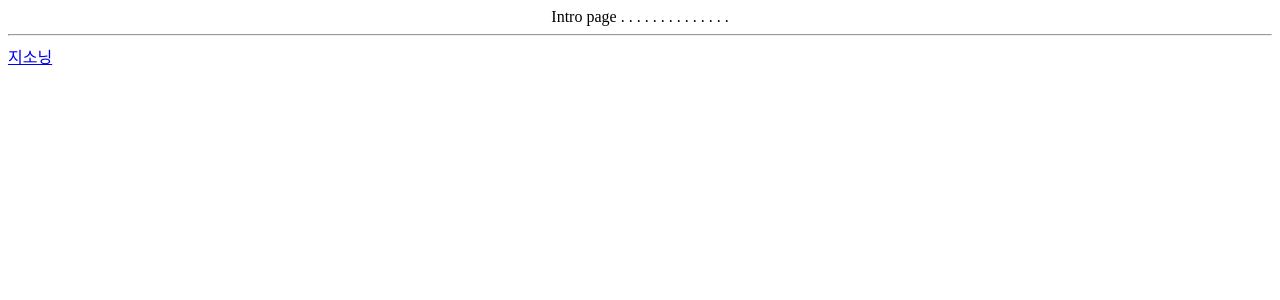
Repository: carolsim/NewWorldJavaStudy
Page: http://localhost/mvcWeb/main.jsp
These files come from the project's save history. The page is drawn as it stood at one moment and after the next save; the edit follows.
The browser window is 1280 px wide. The pictures show the whole page.
The page is served by Tomcat 9. Other server files are loaded and not shown.

Above is the page before, as saved 2019-07-10 03:04:57.

### mvcWeb/webapp/main.jsp
<%@ page language="java" contentType="text/html; charset=UTF-8"
    pageEncoding="UTF-8"%>
<!DOCTYPE html>
<html>
<head>
<meta charset="UTF-8">
<title>Insert title here</title>
</head>
<body>
	<div align="center">Intro page . . . . . .  . . . . . . . .</div>
	<form method="post" action="./test.do">
	</form>
	<hr/>
	<a href="./test.do?id=jssim&pwd=jssim">지소닝</a>
</body>
</html>

After the next save:
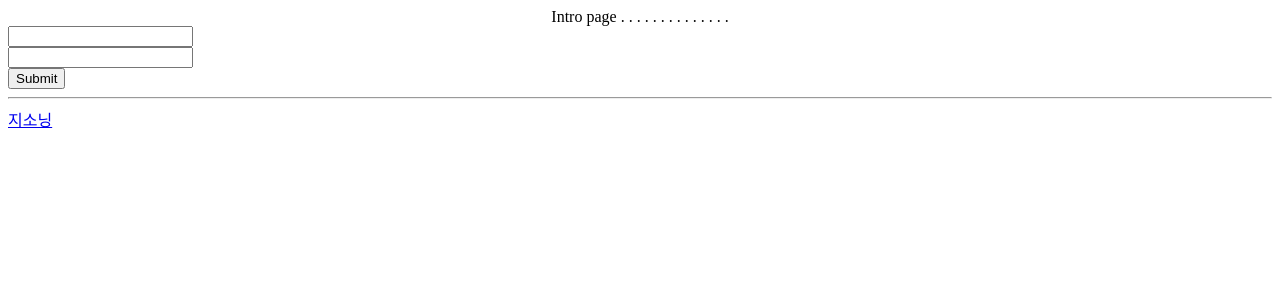
Saved 96 s later.
--- a/mvcWeb/webapp/main.jsp
+++ b/mvcWeb/webapp/main.jsp
@@ -9,6 +9,9 @@
 <body>
 	<div align="center">Intro page . . . . . .  . . . . . . . .</div>
 	<form method="post" action="./test.do">
+		<input type="text" name="" id=""><br/>
+		<input type="text" name="" id=""><br/>
+		<input type="submit" name="" id=""/><br/>
 	</form>
 	<hr/>
 	<a href="./test.do?id=jssim&pwd=jssim">지소닝</a>
